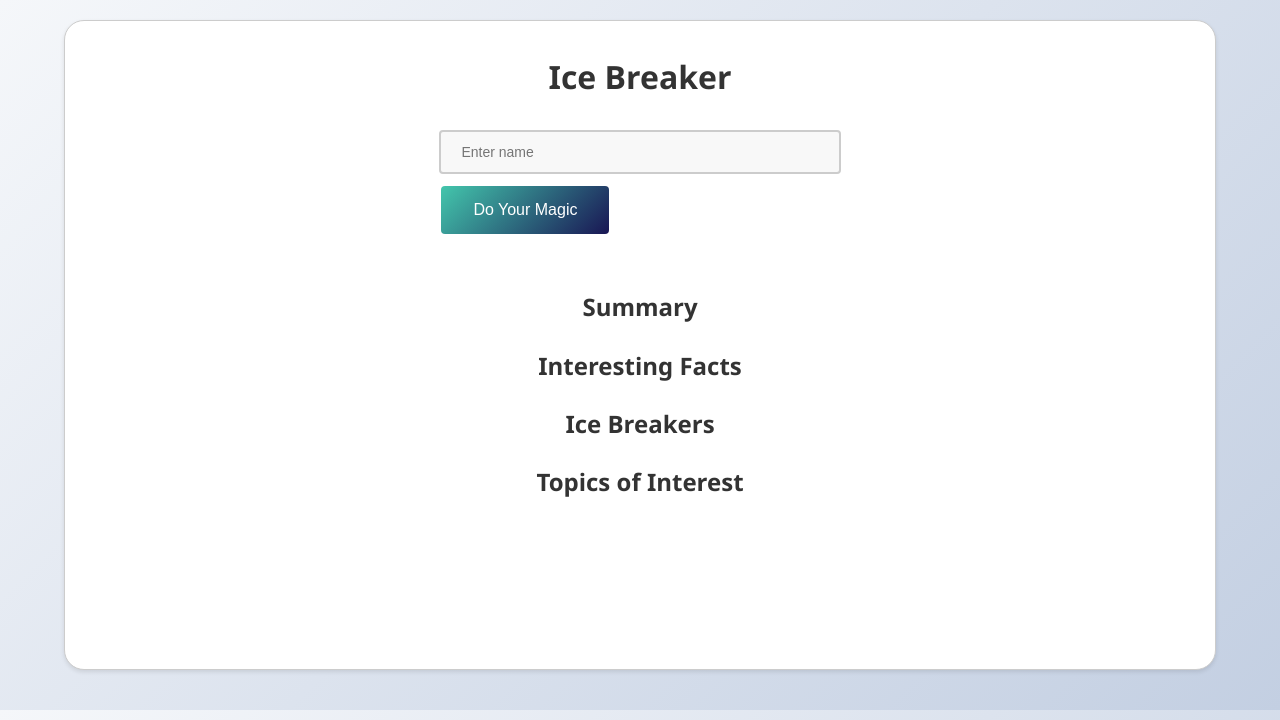
Repository: kunal02kb/Minor-Project-LangCahin
Page: http://localhost/
These files come from the project's save history. The page is drawn as it stood at one moment and after the next save; the edit follows.
The browser window is 1280 px wide. The pictures show the whole page.
Some web libraries are served in a nearby version. The page is served by the project's application, run on Flask 3 (app.py). Other server files are loaded and not shown.

Above is the page before, as saved 2023-09-27 08:30:18.

### templates/index.html
<!DOCTYPE html>
<html lang="en">
<head>
    <meta charset="UTF-8">
    <meta name="viewport" content="width=device-width, initial-scale=1.0">
    <link rel="stylesheet" href="{{ url_for('static', filename='css/style.css') }}">
    <script src="https://code.jquery.com/jquery-3.6.0.min.js"></script>
    <title>Ice Breaker</title>
    <link rel="stylesheet" href="https://cdnjs.cloudflare.com/ajax/libs/font-awesome/6.1.0/css/all.min.css" />
    <div class="spinner-container" id="spinner-container" style="display: none;">
        <i id="loading-spinner" class="fas fa-spinner fa-spin"></i>
    </div>
</head>
<body>
    <div class="container">
        <h1>Ice Breaker</h1>
        <form id="name-form">
            <input type="text" id="name" name="name" placeholder="Enter name">
            <button id="magic-button" type="submit">Do Your Magic</button>
        </form>
        <div id="result">
            <img id="profile-pic" src="" alt="Profile Picture" style="display: none; max-width: 100%; height: auto; border-radius: 50%; margin-bottom: 20px;">
            <h2>Summary</h2>
            <p id="summary-and-facts"></p>
            <h2>Interesting Facts</h2>
            <div id="interests"></div>
            <h2>Ice Breakers</h2>
            <div id="ice-breakers"></div>
            <h2>Topics of Interest</h2>
            <div id="topics-of-interest"></div>
        </div>
    </div>
    <script>
        $(document).ready(function () {
            $('#name-form').on('submit', function (e) {
                e.preventDefault();
                $('#spinner-container').show();
                $.ajax({
                    url: '/process',
                    data: $('#name-form').serialize(),
                    type: 'POST',
                    success: function (response) {
                        $('#profile-pic').attr('src', response.picture_url); // Update the profile picture src attribute
                        $('#profile-pic').show(); // Show the profile picture
                        $('#summary-and-facts').text(response.summary);
                        $('#interests').html('<ul>' + response.facts.map(fact => '<li>' + fact + '</li>').join('') + '</ul>');
                        $('#ice-breakers').html('<ul>' + response.ice_breakers.map(ice_breaker => '<li>' + ice_breaker + '</li>').join('') + '</ul>');
                        $('#topics-of-interest').html('<ul>' + response.interests.map(topic => '<li>' + topic + '</li>').join('') + '</ul>');
                    },
                    error: function (error) {
                        console.log(error);
                    },
                    complete: function () {
                        $('#spinner-container').hide();
                    }
                });
            });
        });
    </script>
</body>
</html>

### app.py
from flask import Flask, render_template, request, jsonify
from ice_breaker import ice_break

app = Flask(__name__)


@app.route("/")
def index():
    return render_template("index.html")


@app.route("/process", methods=["POST"])
def process():
    name = request.form["name"]
    person_info, profile_pic_url = ice_break(name=name)

    # print(person_info.summary)
    # print( person_info.topic_of_interest)
    # print( person_info.facts)
    # print( person_info.ice_breaker)
    # print(profile_pic_url)

    return jsonify(
        {
            "summary": person_info.summary,
            "interests": person_info.topic_of_interest,
            "facts": person_info.facts,
            "ice_breakers": person_info.ice_breaker,
            "picture_url": profile_pic_url,
        }
    )


if __name__ == "__main__":
    app.run(host="0.0.0.0", debug=True)

### static/css/style.css

* {
    box-sizing: border-box;
    margin: 0;
    padding: 0;
}

body {
    font-family: 'Segoe UI', Tahoma, Geneva, Verdana, sans-serif;
    background-color: #f5f5f5;
    color: #333;
    line-height: 1.6;
    height: auto;
    min-height: 690px;
}

.container {
    width: 90%;
    min-height: 650px;
    margin: 20px auto;
    padding: 30px;
    background-color: #ffffff;
    box-shadow: 0 2px 4px rgba(0, 0, 0, 0.1);
    border: 1px solid #ccc;
    border-radius: 20px;
    display: flex;
    flex-direction: column;
    align-items: center;
}

h1 {
    font-size: 32px;
    margin-bottom: 20px;
}

input[type="text"] {
    width: 100%;
    padding: 12px 20px;
    margin: 8px 0;
    box-sizing: border-box;
    border: 2px solid #ccc;
    border-radius: 4px;
    background-color: #f8f8f8;
    font-size: 14px;
}

button {
    background-color: #4caf50;
    border: none;
    color: white;
    padding: 15px 32px;
    text-align: center;
    text-decoration: none;
    display: inline-block;
    font-size: 16px;
    margin: 4px 2px;
    cursor: pointer;
    border-radius: 4px;
    transition: 0.3s;
}

button:hover {
    background-color: #45a049;
}

#result {
    margin-top: 30px;
    width: 100%;
    text-align: center;
}


#loading {
  display: none;
  position: fixed;
  top: 0;
  right: 0;
  bottom: 0;
  left: 0;
  z-index: 999;
  background-color: rgba(255, 255, 255, 0.8);
}

.loader {
  position: absolute;
  top: 50%;
  left: 50%;
  transform: translate(-50%, -50%);
  border: 8px solid #f3f3f3;
  border-top: 8px solid #3498db;
  border-radius: 50%;
  width: 50px;
  height: 50px;
  animation: spin 2s linear infinite;
}

p {
    font-size: 18px;
    margin-bottom: 10px;
}

h2 {
    font-size: 24px;
    margin-bottom: 10px;
    margin-top: 20px;
}


/* style.css */

/* Add or update this in your style.css file */

body {
    font-family: 'Segoe UI', Tahoma, Geneva, Verdana, sans-serif;
    background-color: #f5f5f5;
    color: #333;
    line-height: 1.6;
    background-image: linear-gradient(135deg, #f5f7fa 0%, #c3cfe2 100%);
}

.spinner-container {
    position: fixed;
    display: flex;
    align-items: center;
    justify-content: center;
    top: 0;
    right: 0;
    bottom: 0;
    left: 0;
    z-index: 999;
}

#loading-spinner {
    font-size: 48px;
}

button {
    background-color: #4caf50;
    background-image: linear-gradient(135deg, #43c6ac 0%, #191654 100%);
    border: none;
    color: white;
    padding: 15px 32px;
    text-align: center;
    text-decoration: none;
    display: inline-block;
    font-size: 16px;
    margin: 4px 2px;
    cursor: pointer;
    border-radius: 4px;
    transition: 0.3s;
}

After the next save:
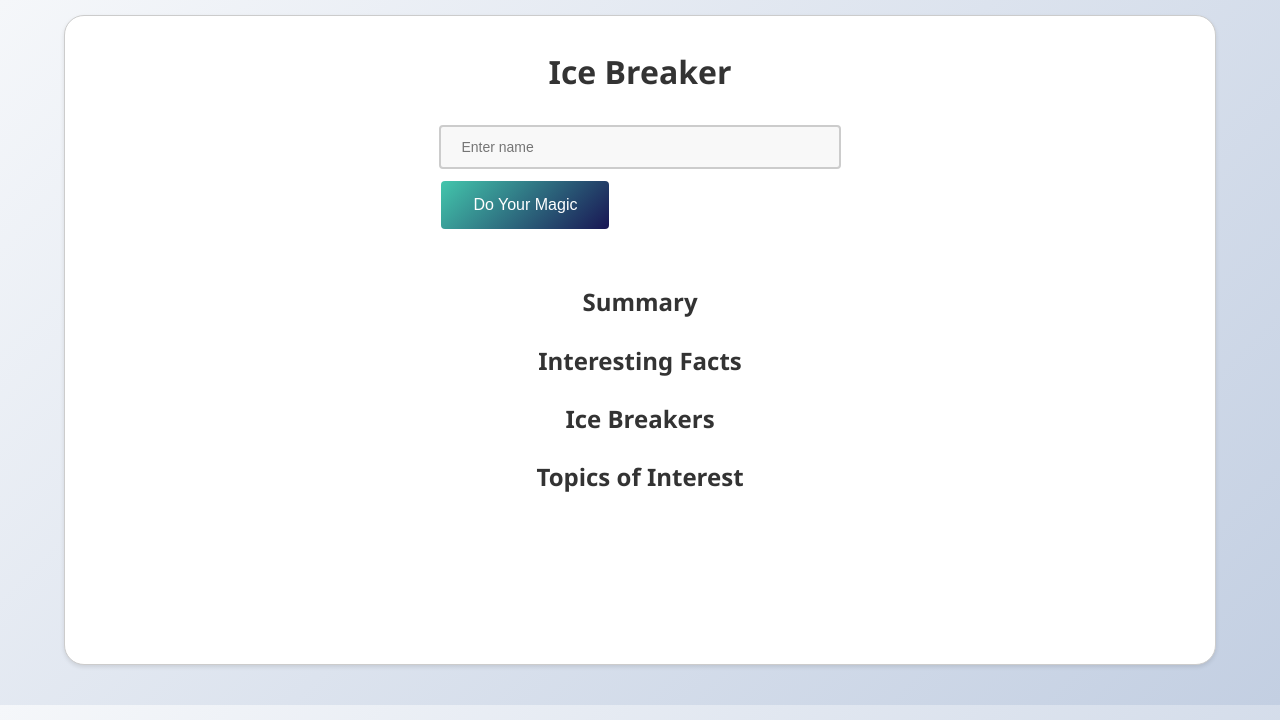
Saved 6 s later.
--- a/static/css/style.css
+++ b/static/css/style.css
@@ -17,7 +17,7 @@ body {
 .container {
     width: 90%;
     min-height: 650px;
-    margin: 20px auto;
+    margin: 15px auto;
     padding: 30px;
     background-color: #ffffff;
     box-shadow: 0 2px 4px rgba(0, 0, 0, 0.1);
